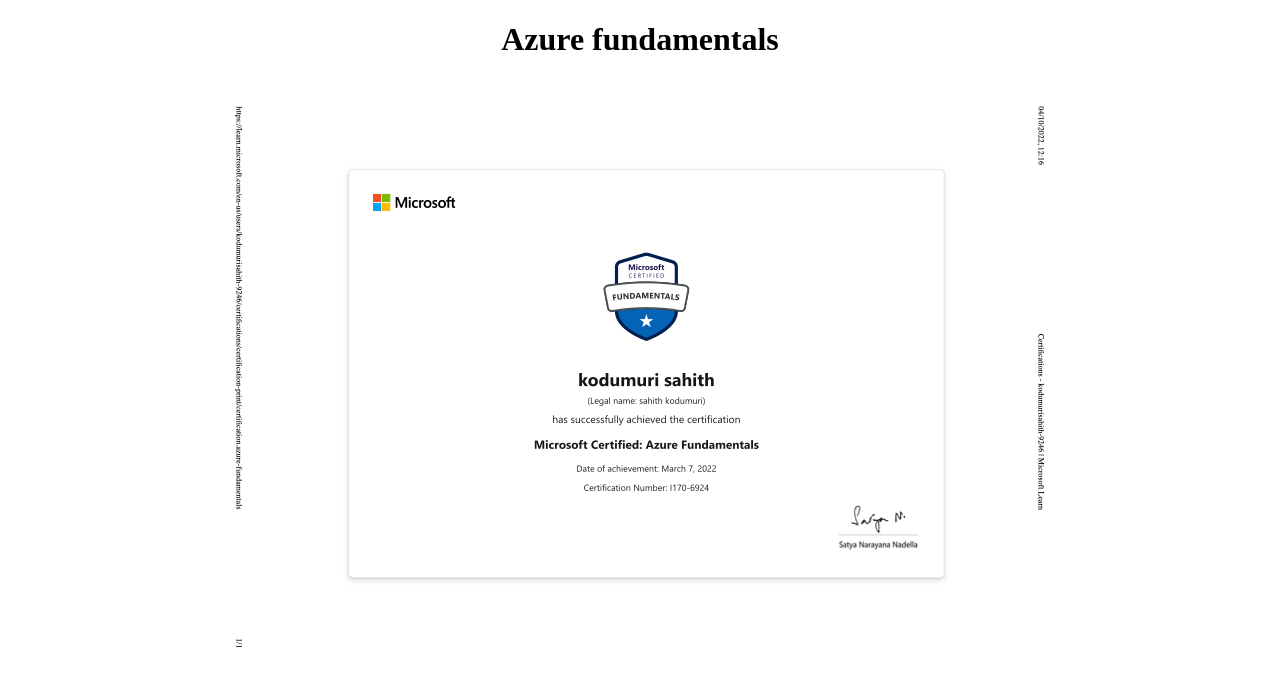
Repository: htihaS/sahith-certifications
Page: index.html
An editor plug-in stored every save of this project. The page is shown before and after the next save, followed by the edit.
The browser window is 1280 px wide. The pictures show the whole page.

Above is the page before, as saved 2022-10-04 22:42:30.

### index.html
<!DOCTYPE html>
<html lang="en">
    <head>
        <title>Certifications</title>
        <meta charset="UTF-8">
        <meta name="viewport" content="width=device-width, initial-scale=1">
        <link href="style.css" rel="stylesheet">
    </head>
    <body>
        <div class="certificates">
            <h1>Azure fundamentals</h1>
            <img src="images/Azure fundamentals copy.png">
        </div>
    </body>
</html>

### style.css
.certificates{
    width: 100%;
    margin: auto;
    text-align: center;

}

After the next save:
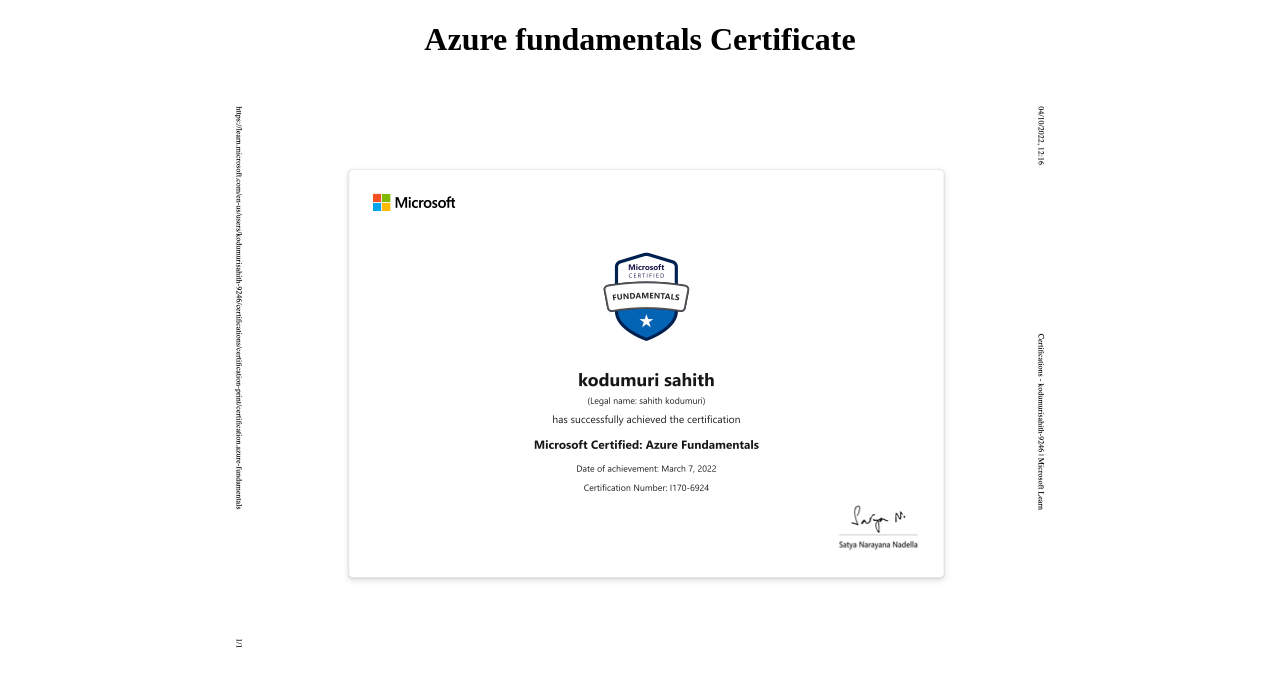
Saved 4 s later.
--- a/index.html
+++ b/index.html
@@ -8,7 +8,7 @@
     </head>
     <body>
         <div class="certificates">
-            <h1>Azure fundamentals</h1>
+            <h1>Azure fundamentals Certificate</h1>
             <img src="images/Azure fundamentals copy.png">
         </div>
     </body>
